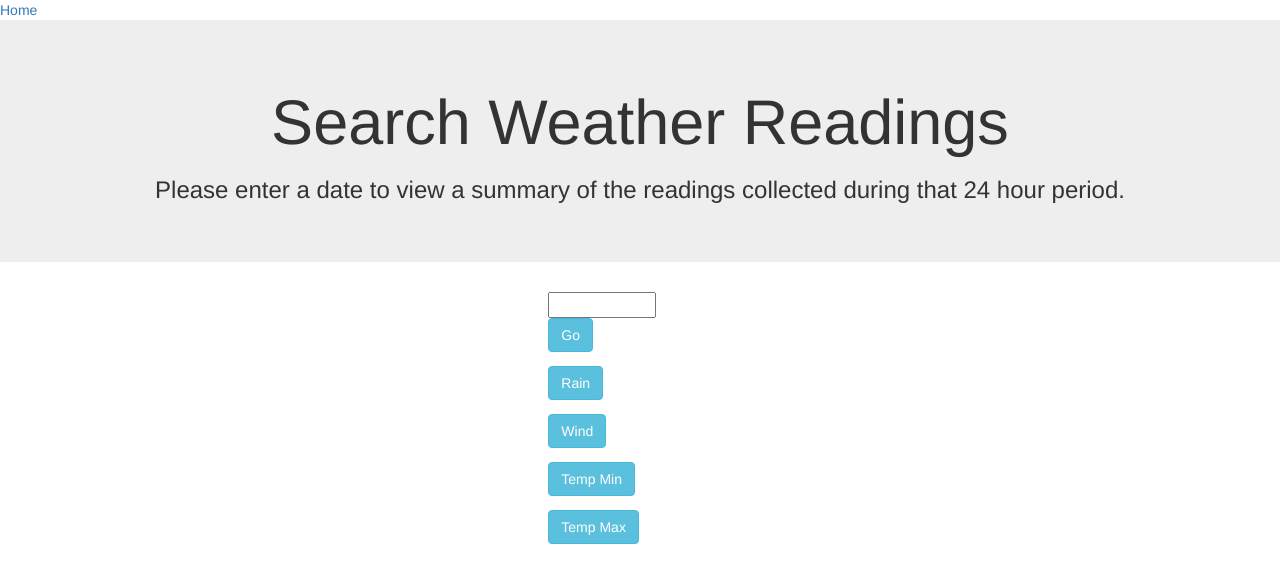
Repository: kralin27/ILC
Page: http://localhost/TESCWeather/WEB-INF/jsp/Search.jsp
The author's editor kept a copy of each file at every save. The page is drawn from the files as they stood at one save, then again after the next save.
The browser window is 1280 px wide. The pictures show the whole page.
The page is served by Tomcat 9. Nobody is signed in. The template is opened directly, without the code that normally fills it, so the values that code supplies are empty.

Above is the page before, as saved 2016-12-13 02:43:06.

After the next save:
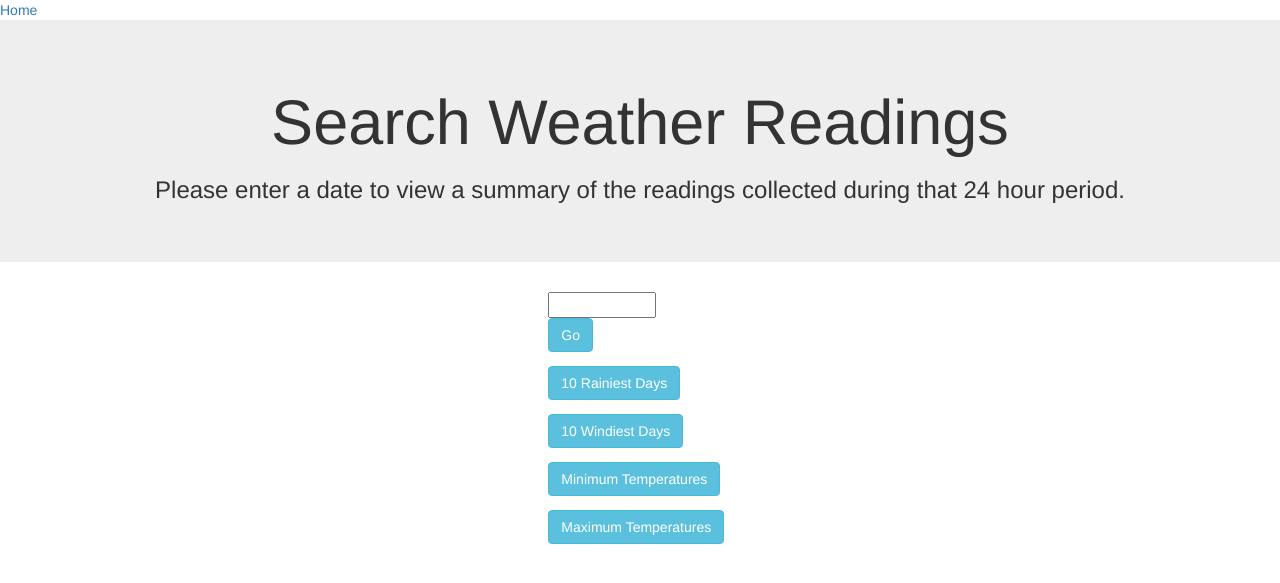
Saved 83 s later.
--- a/TESCWeather/src/main/webapp/WEB-INF/jsp/Search.jsp
+++ b/TESCWeather/src/main/webapp/WEB-INF/jsp/Search.jsp
@@ -29,19 +29,19 @@
 	</form>
 
 	<form method="GET" action=" <spring:url value="/WeatherReadings/Measure/Rain" />">
-		<input type="submit" class="btn btn-large btn-info" value="Rain">
+		<input type="submit" class="btn btn-large btn-info" value="10 Rainiest Days">
 	</form>
 
 	<form method="GET" action=" <spring:url value="/WeatherReadings/Measure/Wind" />">
-		<input type="submit" class="btn btn-large btn-info" value="Wind">
+		<input type="submit" class="btn btn-large btn-info" value="10 Windiest Days">
 	</form>
 
 	<form method="GET" action=" <spring:url value="/WeatherReadings/Measure/TempMin" />">
-		<input type="submit" class="btn btn-large btn-info"value="Temp Min">
+		<input type="submit" class="btn btn-large btn-info"value="Minimum Temperatures">
 	</form>
 
 	<form method="GET" action=" <spring:url value="/WeatherReadings/Measure/TempMax" />">
-		<input type="submit" class="btn btn-large btn-info" value="Temp Max">
+		<input type="submit" class="btn btn-large btn-info" value="Maximum Temperatures">
 	</form>
 
 </div>
